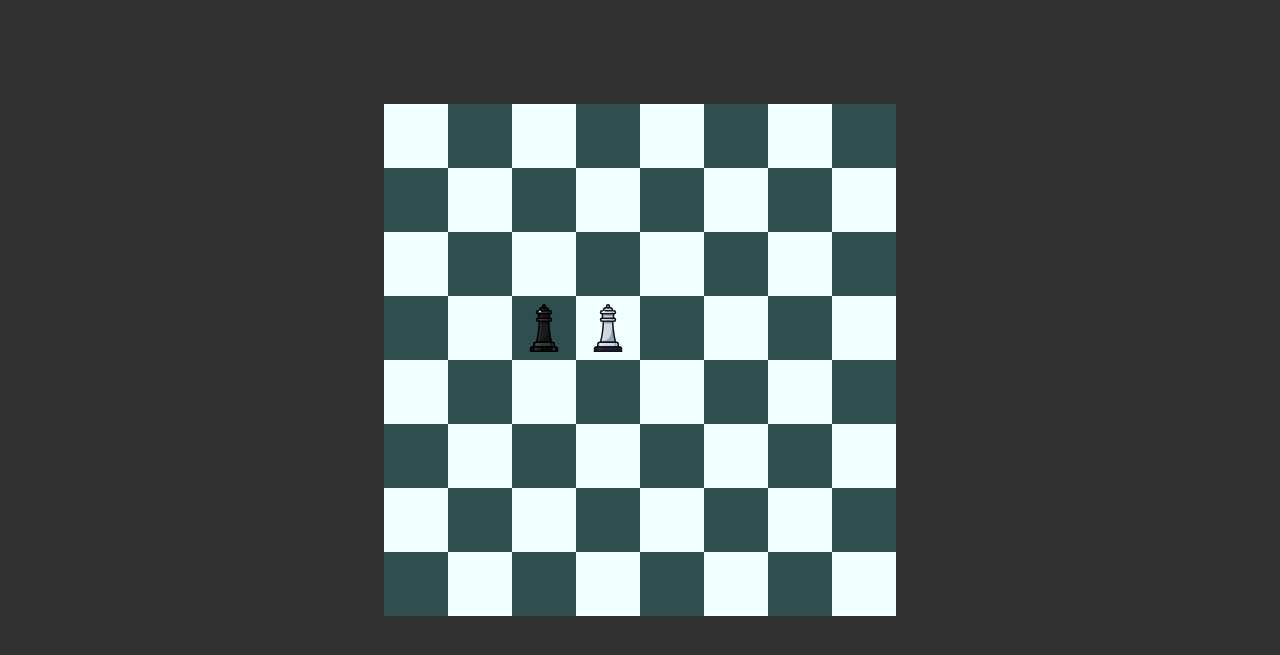
Repository: Mirsmog/react-chess
Page: /
The author's editor kept a copy of each file at every save. The page is drawn from the files as they stood at one save, then again after a run of saves.
The browser window is 1280 px wide. The pictures show the whole page.
The project was rebuilt for these pictures with package versions that can differ from the ones it lists, and the page was loaded fresh each time. Also part of the build but not shown: vite.config.ts.

Above is the page before, as saved 2023-10-28 14:36:17.

### src/App.tsx
import BoardComponent from '@/components/BoardComponent';
import { Board } from './models/Board';
import React from 'react';

const App = () => {
  const [board, setBoard] = React.useState(new Board());

  React.useEffect(() => {
    restart();
  }, []);

  function restart() {
    const newBoard = new Board();
    newBoard.initCells();
    newBoard.addFigures()
    setBoard(newBoard);
  }
  return (
    <div className='app'>
      <BoardComponent board={board} setBoard={setBoard} />
    </div>
  );
};

export default App;

### src/index.css
:root {
  --sell-size: 64px;
}

* {
  margin: 0;
  padding: 0;
}

.app {
  background-color: #323232;
  width: 100vw;
  height: 100vh;
  display: flex;
  justify-content: center;
  align-items: center;
}

.board {
  display: flex;
  width: calc(var(--sell-size) * 8);
  height: calc(var(--sell-size) * 8);
  flex-wrap: wrap;
}

.cell {
  width: var(--sell-size);
  height: var(--sell-size);
  display: flex;
  justify-content: center;
  align-items: center;
}

.cell img{
  width: 48px;
  height: 48px;
  position: relative;
}

.black {
  background-color: darkslategrey;
}

.white {
  background-color: azure;
}

### src/components/BoardComponent.tsx
import { Board } from '@/models/Board';
import React from 'react';
import CellComponent from './CellComponent';

type Props = {
  board: Board;
  setBoard: (board: Board) => void;
};

const BoardComponent: React.FC<Props> = ({ board, setBoard }) => {
  return (
    <div className='board'>
      {board.cells.map((row, index) => (
        <React.Fragment key={index}>
          {row.map((cell) => (
            <CellComponent key={cell.id} cell={cell} />
          ))}
        </React.Fragment>
      ))}
    </div>
  );
};

export default BoardComponent;

### src/models/Board.ts
import { Cell } from './Cell';
import { Colors } from './Colors';
import { Queen } from './figures/Queen';

export class Board {
  cells: Cell[][] = [];

  public initCells() {
    for (let i = 0; i < 8; i++) {
      const row: Cell[] = [];
      for (let j = 0; j < 8; j++) {
        if ((i + j) % 2 !== 0) {
          row.push(new Cell(this, j, i, Colors.BLACK, null)); // black
        } else {
          row.push(new Cell(this, j, i, Colors.WHITE, null)); // white
        }
      }
      this.cells.push(row);
    }
  }
  public getCell(x: number, y: number) {
    return this.cells[y][x];
  }
  public addFigures() {
    new Queen(Colors.WHITE, this.getCell(3, 3))
    new Queen(Colors.BLACK, this.getCell(2, 3))
  }
}

### src/components/CellComponent.tsx
import { Cell } from '@/models/Cell';
import React from 'react';

type Props = {
  cell: Cell;
};

const CellComponent: React.FC<Props> = ({ cell }) => {
  return (
    <div className={`cell ${cell.color}`}>
      {cell.figure?.logo && (
        <img src={cell.figure.logo} alt={cell.figure.logo} />
      )}
    </div>
  );
};

export default CellComponent;

### src/models/Cell.ts
import { Board } from './Board';
import { Colors } from './Colors';
import { Figure } from './figures/Figure';

export class Cell {
  readonly x: number;
  readonly y: number;
  readonly color: Colors;
  figure: Figure | null;
  board: Board;
  available: boolean;
  id: number;

  constructor(
    board: Board,
    x: number,
    y: number,
    color: Colors,
    figure: Figure | null
  ) {
    this.board = board;
    this.figure = figure;
    this.color = color;
    this.x = x;
    this.y = y;
    this.available = false;
    this.id = Math.random();
  }
}

### src/models/Colors.ts
export enum Colors {
  BLACK = 'black',
  WHITE = 'white',
}

### src/models/figures/Queen.ts
import { Cell } from '../Cell';
import { Colors } from '../Colors';
import { Figure, FigureName } from './Figure';
import queenBlack from '@/assets/queen-black.svg';
import queenWhite from '@/assets/queen-white.svg';
export class Queen extends Figure {
  constructor(color: Colors, cell: Cell) {
    super(color, cell);
    this.logo = color === Colors.BLACK ? queenBlack : queenWhite;
    this.name = FigureName.QUEEN
  }
}

### src/models/figures/Figure.ts
import { Cell } from '../Cell';
import { Colors } from '../Colors';
import logo from '@/assets/bishop-black.svg';

import queenBlack from '@/assets/queen-black.svg';
import bishopBlack from '@/assets/bishop-black.svg';
import rookBlack from '@/assets/rook-black.svg';
import knightBlack from '@/assets/knight-black.svg';
import pawnBlack from '@/assets/pawn-black.svg';

import queenWhite from '@/assets/queen-white.svg';
import bishopWhite from '@/assets/bishop-white.svg';
import rookWhite from '@/assets/rook-white.svg';
import knightWhite from '@/assets/knight-white.svg';
import pawnWhite from '@/assets/pawn-white.svg';

export enum FigureName {
  FIGURE = 'figure',
  KING = 'king',
  QUEEN = 'queen',
  ROOK = 'rook',
  BISHOP = 'bishop',
  PAWN = 'pawn',
  KNIGHT = 'knight',
}


export class Figure {
  color: Colors;
  logo: typeof logo | null;
  cell: Cell;
  name: FigureName;
  id: number;

  constructor(color: Colors, cell: Cell) {
    this.color = color;
    this.cell = cell;
    this.cell.figure = this;
    this.logo = null;
    this.name = FigureName.FIGURE;
    this.id = Math.random();
  }

  canMove(target: Cell): boolean {
    return true;
  }
  moveFigure(target: Cell) {}
}

Loaded but not shown: index.html (common file); src/main.tsx (common file)

After the next 3 saves:
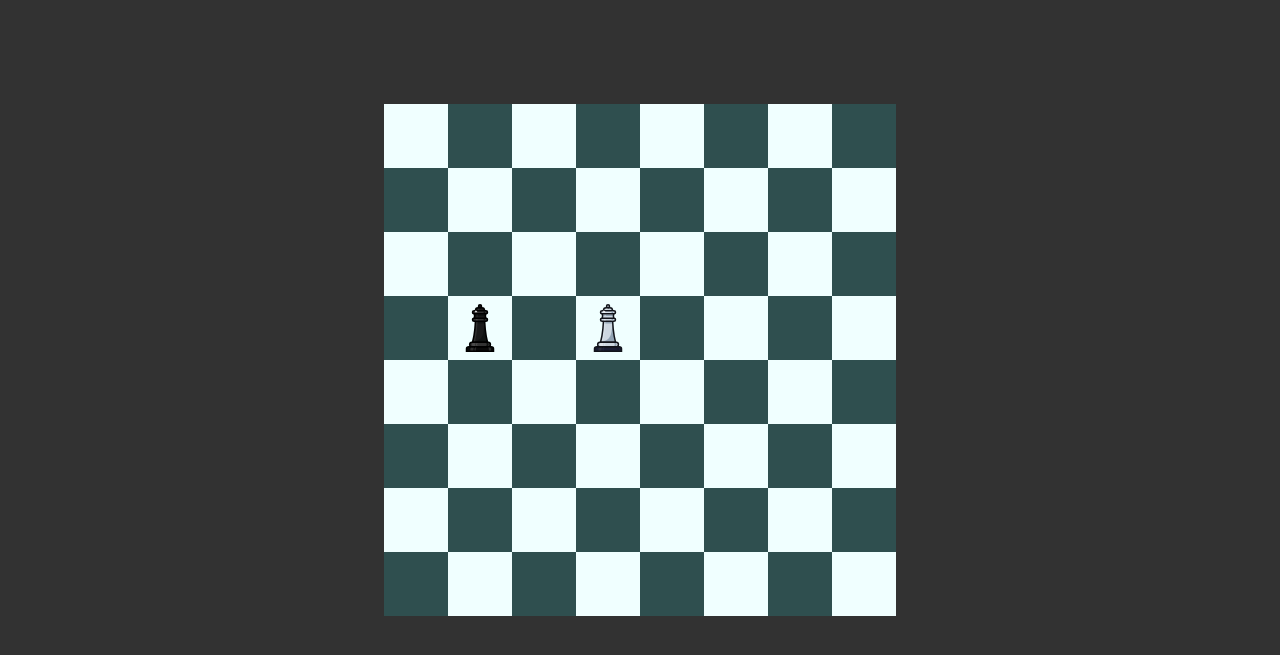
The 3 saves are shown as one change because they came seconds apart.
The last was saved 11 s later.
--- a/src/models/Board.ts
+++ b/src/models/Board.ts
@@ -23,6 +23,6 @@ export class Board {
   }
   public addFigures() {
     new Queen(Colors.WHITE, this.getCell(3, 3))
-    new Queen(Colors.BLACK, this.getCell(2, 3))
+    new Queen(Colors.BLACK, this.getCell(1, 3))
   }
 }
